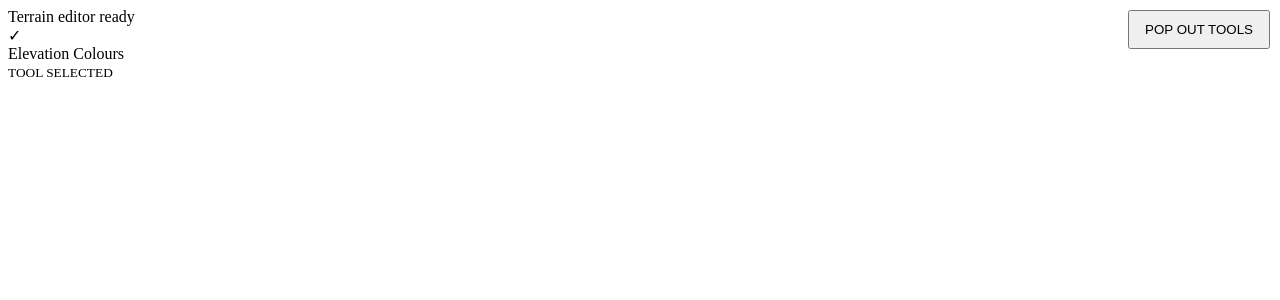
Repository: Harsimar8/new_tactical
Page: index.html
An editor plug-in stored every save of this project. The page is shown before and after the next save, followed by the edit.
The browser window is 1280 px wide. The pictures show the whole page.

Above is the page before, as saved 2026-08-25 16:56:25.
Not found: render14.js
Not found: script14.js
Not found: style19.css

After the next save:
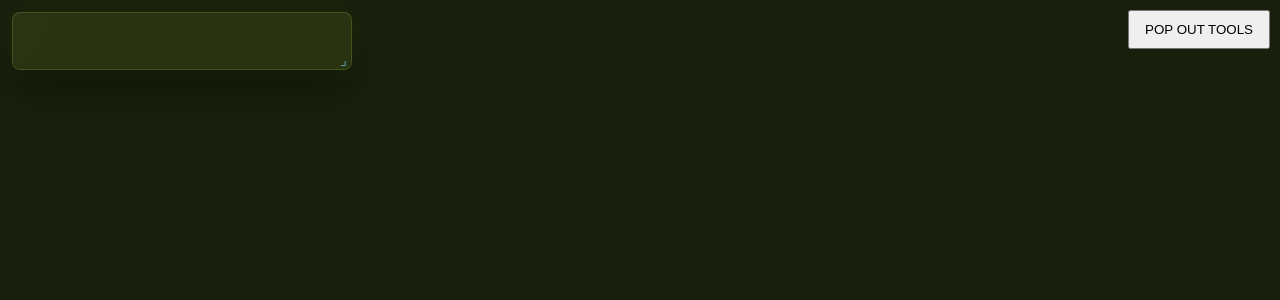
Saved 27 min 54 s later.
--- a/index.html
+++ b/index.html
@@ -4,7 +4,7 @@
     <meta charset="UTF-8">
     <meta name="viewport" content="width=device-width, initial-scale=1.0">
     <title>Terrain Tools - Tactical Suite</title>
-    <link rel="stylesheet" href="style19.css">
+    <link rel="stylesheet" href="style.css">
     <link rel="stylesheet" href="https://unpkg.com/leaflet@1.9.4/dist/leaflet.css" />
 </head>
 <body>
